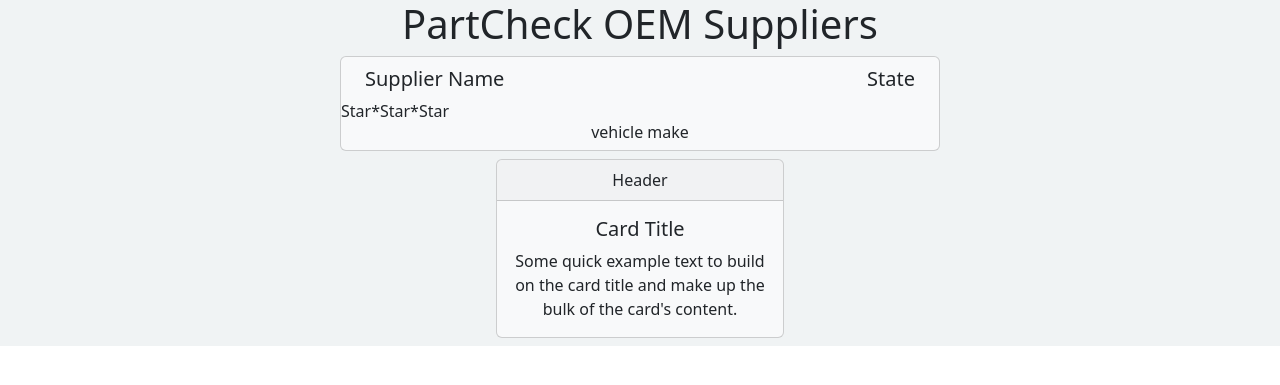
Repository: trungna4699/coding_challenge
Page: /
The author's editor kept a copy of each file at every save. The page is drawn from the files as they stood at one save, then again after the next save.
The browser window is 1280 px wide. The pictures show the whole page.
The project was rebuilt for these pictures with package versions that can differ from the ones it lists, and the page was loaded fresh each time.

Above is the page before, as saved 2022-09-01 16:37:01.

After the next save:
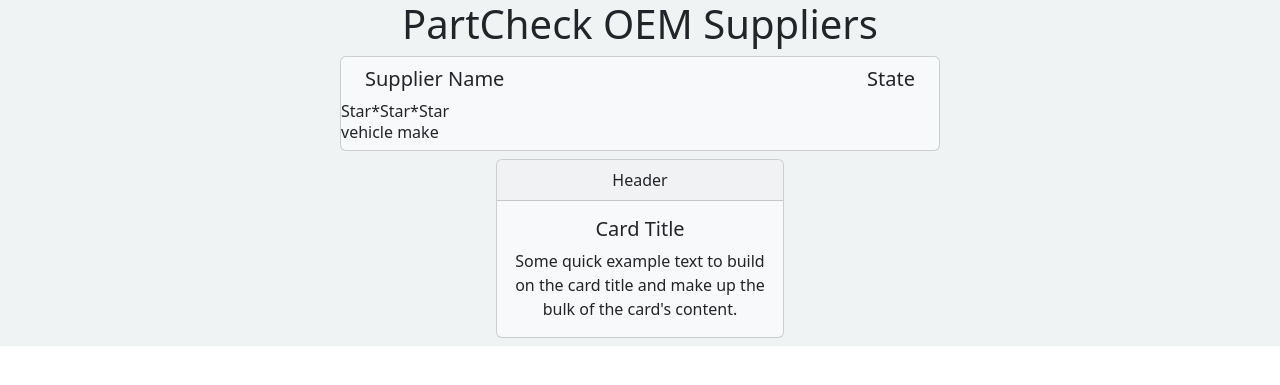
Saved 18 s later.
--- a/src/App.css
+++ b/src/App.css
@@ -19,7 +19,9 @@
   display: flex;
 }
 
-
+.vehicleList {
+  display: flex;
+}
 
 
 
